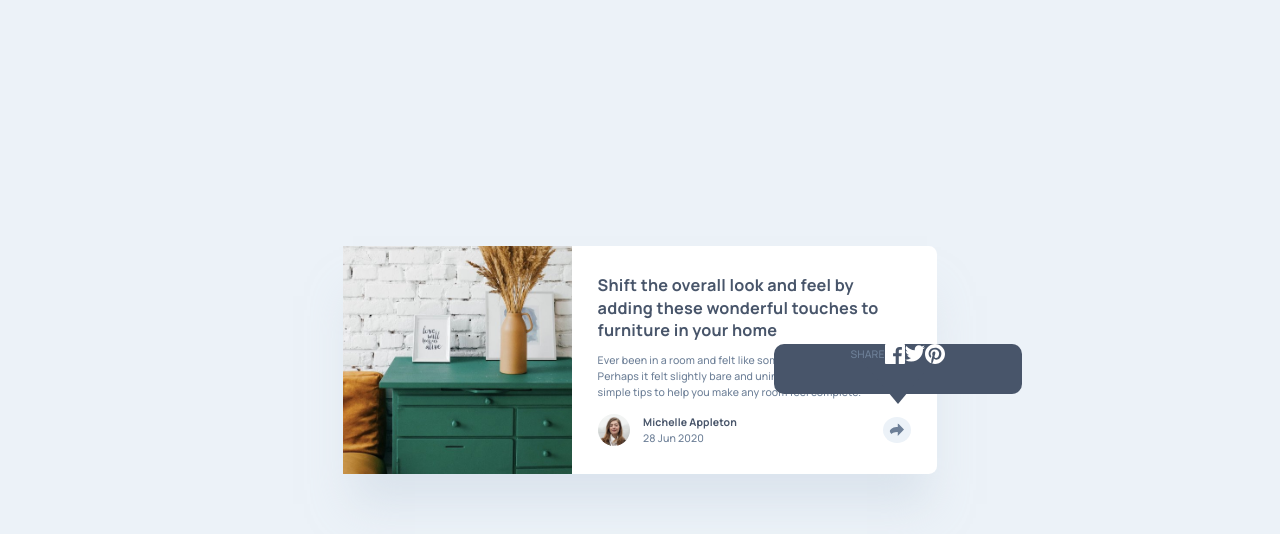
Repository: brandontaylor1/article-preview-component
Page: index.html
The author's editor kept a copy of each file at every save. The page is drawn from the files as they stood at one save, then again after the next save.
The browser window is 1280 px wide. The pictures show the whole page.

Above is the page before, as saved 2025-01-15 16:23:28.

### index.html
<!DOCTYPE html>
<html lang="en">
<head>
    <meta charset="UTF-8">
    <meta name="viewport" content="width=device-width, initial-scale=1.0">
    <link rel="preconnect" href="https://fonts.googleapis.com">
    <link rel="preconnect" href="https://fonts.gstatic.com" crossorigin>
    <link href="https://fonts.googleapis.com/css2?family=Manrope:wght@200..800&display=swap" rel="stylesheet">
    <link rel="stylesheet" href="styles.css">
    <title>Article Preview Component</title>
</head>
<body>

    <div class="container">
        <main class="component">
            <div class="img-container">

            </div>
            <div class="component-content">
                <h2>Shift the overall look and feel by adding these wonderful touches to furniture in your home</h2>
                <p class="subheading">Ever been in a room and felt like something was missing? Perhaps it felt slightly bare and uninviting. I’ve got some simple tips to help you make any room feel complete.</p>
                    <div class="social-box">
                        <div class="social-info">
                            <img src="./assets/images/avatar-michelle.jpg" alt="Picture of User Michelle">
                            <div class="social-info-text">
                                <p>Michelle Appleton</p>
                                <p>28 Jun 2020</p>
                            </div>
                        </div>
                    <img src="./assets/images/icon-share.svg" class="share-btn" alt="Share Icon">

                    <div class="share-box">
                        <div class="share-box-details">
                            <p>SHARE</p>
                            <img src="./assets/images/icon-facebook.svg" alt="Facebook Icon">
                            <img src="./assets/images/icon-twitter.svg" alt="Twitter Icon">
                            <img src="./assets/images/icon-pinterest.svg" alt="Pinterest Icon">
                        </div>
                        <div class="triangle-down"></div>
                    </div>
                </div>
            </div>
        </main>
    </div>

    <script src="index.js"></script>
</body>
</html>

### styles.css
* {
    margin: 0;
    padding: 0;
    box-sizing: border-box;
}

:root {
    /* COLORS */
    --dark-grayish-blue: hsl(217, 19%, 35%);
    --desaturated-dark-blue: hsl(214, 17%, 51%, 1);
    --grayish-blue: hsl(212, 23%, 69%);
    --light-grayish-blue: hsl(210, 46%, 95%);
}

html {
    font-size: 13px;
}

body {
    font-family: 'Nunito', sans-serif;
    background-color: var(--light-grayish-blue);
}

/* UTILITY CLASS */
.active {
    background-color: var(--grayish-blue);
    color: white;
}

.container {
    height: 100vh;
    display: flex;
    justify-content: center;
    align-items: center;

}

.component {
    width: 45.625rem;
    height: 17.5rem;
    display: flex;
    align-items: center;
    justify-content: space-between;
    border-radius: 0.625rem;
    background: #FFF;
    box-shadow: 0px 40px 40px -10px rgba(201, 213, 225, 0.50);
    position: relative;

}

.img-container {
    width: 21.87rem;
    height: 100%;
    display: flex;
    justify-content: center;
    align-items: center;
    background-image: url('./assets/images/drawers.jpg');
    background-size: cover;
    background-position: left;
    background-repeat: no-repeat;
}

.component-content {
    width: 34rem;
    padding: 2rem;
}

.component-content h2 {
    color: #48556A;
    font-family: Manrope;
    font-size: 1.25rem;
    font-style: normal;
    font-weight: 700;
    line-height: 1.75rem; /* 140% */
    letter-spacing: 0.01563rem;
    width: 100%;
}

.component-content p {
    color: #6E8098;
    font-family: Manrope;
    font-size: 0.8125rem;
    font-style: normal;
    font-weight: 500;
    line-height: 1.25rem; /* 153.846% */
    letter-spacing: 0.00763rem;
}

.subheading {
    margin-top: .75rem;
    color: #6E8098;
    font-family: Manrope;
    font-size: 0.8125rem;
    font-style: normal;
    font-weight: 500;
    line-height: 1.25rem; /* 153.846% */
    letter-spacing: 0.00763rem;
}

.social-box {
    display: flex;
    justify-content: space-between;
    align-items: center;
    width: 100%;
    margin-top: 1rem;
}

.social-info {
    display: flex;
    align-items: center;
    justify-content: center;

}

.social-info img {
    width: 2.5rem;
    height: 2.5rem;
    border-radius: 50%;
    margin-right: 1rem;
}

.social-info-text {
    display: flex;
    align-items: flex-start;
    justify-content: center;
    flex-direction: column;
}

.social-info-text p:nth-child(1){
    font-weight: 700;
    color: var(--dark-grayish-blue);

}

.share-btn {
    padding: .5rem;
    background: var(--light-grayish-blue);
    color: #FFF;
    border-radius: 50%;
    cursor: pointer;
    position: relative;
}

.share-btn:hover {
    background-color: var(--light-grayish-blue);
    color: var(--desaturated-dark-blue);
}

.share-box {
    height: 50px;
    width: 248px;
    background-color: #48556A;
    position: absolute;
    bottom: 80px;
    right: -85px;
    display: flex;
    align-items: flex-start;
    justify-content: center;
    border-radius: 10px;

}



.share-box-details {
    color: #9DAEC2;
    font-family: "Manrope", sans-serif;
    font-size: 13px;
    font-style: normal;
    font-weight: 500;
    line-height: 20px; /* 153.846% */
    letter-spacing: 5px;
    display: flex;
    justify-content: center;
    align-items: center;
    z-index: 1;

/*
    display: flex;
    width: 175px;
    height: 20px;
    justify-content: center;
    align-items: center;
    gap: 21px;
    flex-shrink: 0; */
}

.triangle-down {
    width: 0;
    height: 0;
    border-left: 50px solid transparent;
    border-right: 50px solid transparent;
    border-top: 60px solid #48556A;
    position: absolute;
    z-index: 0;

}

/* Media Queries */
@media screen and (max-width: 626px) {
    .component {
        flex-direction: column;
        height: 32rem;
        width: 20rem;
    }

    .img-container {
        width: 100%;
        height: 50%;
    }

    .component-content {
        width: 100%;
        padding: 1.5rem;

    }

    .component-content h2 {
        color: #48556A;
        font-family: Manrope;
        font-size: 1rem;
        font-style: normal;
        font-weight: 700;
        line-height: 1.5rem; /* 150% */
        letter-spacing: 0.0125rem;
    }

    .component-content p {
        color: #6E8098;
        font-family: Manrope;
        font-size: 0.8125rem;
        font-style: normal;
        font-weight: 500;
        line-height: 1.25rem; /* 153.846% */
        letter-spacing: 0.00763rem;
    }

    .social-box {
        margin-top: 2rem;
    }
}

### index.js
const shareBtn = document.querySelector('.share-btn').addEventListener('click', () => {
    alert("I'm working")
})

After the next save:
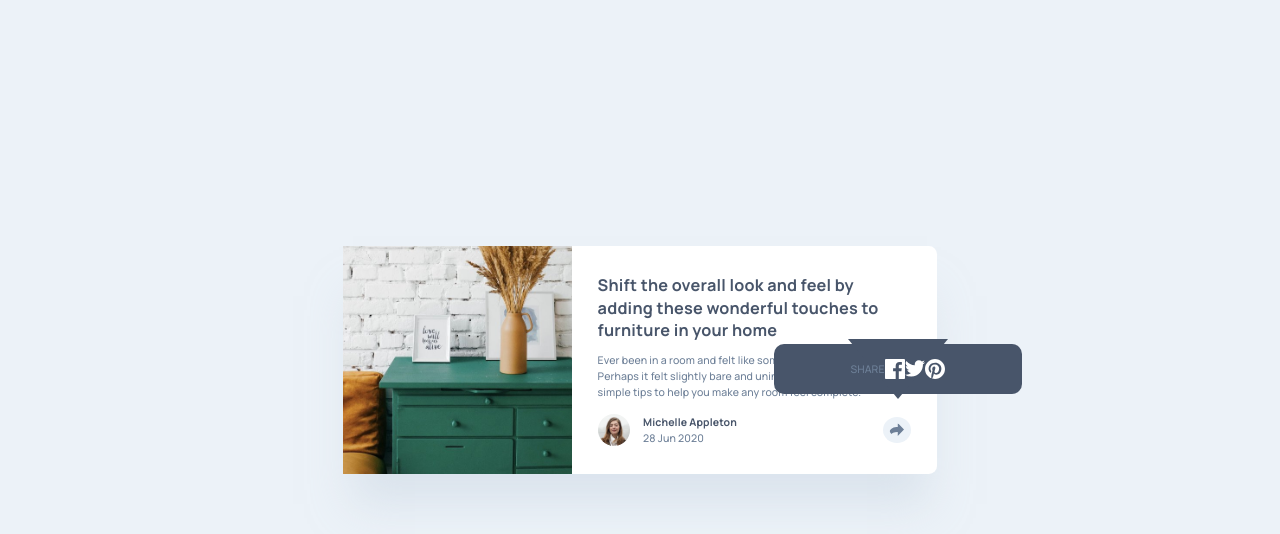
Saved 12 s later.
--- a/styles.css
+++ b/styles.css
@@ -154,7 +154,7 @@ body {
     bottom: 80px;
     right: -85px;
     display: flex;
-    align-items: flex-start;
+    align-items: center;
     justify-content: center;
     border-radius: 10px;
 
